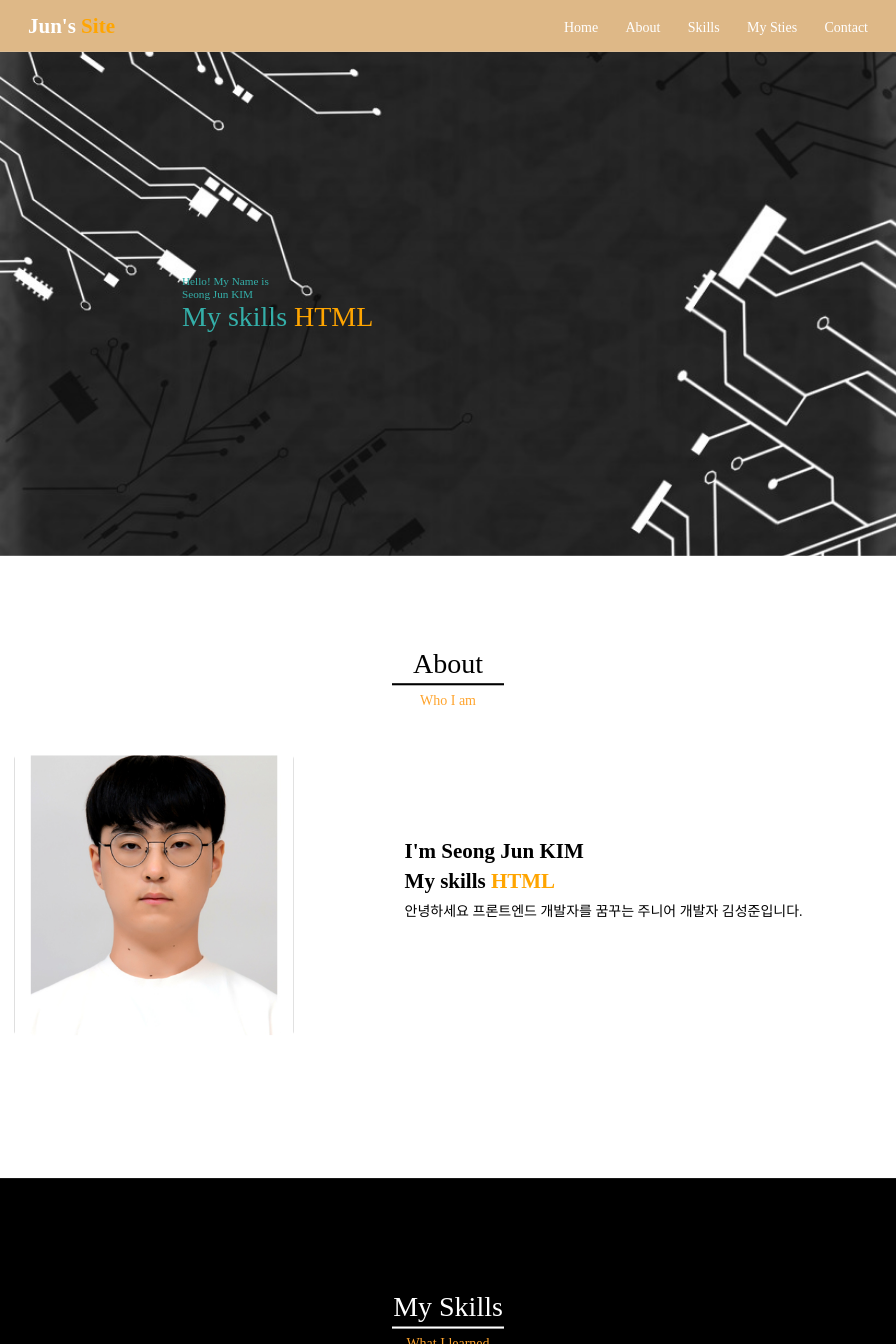
Repository: jun01270/jun
Page: index.html
These files come from the project's save history. The page is drawn as it stood at one moment and after the next save; the edit follows.
The browser window is 1280 px wide. The pictures show the part of the page from y = 0 to 1920 px (the page is 3823 px tall), at 70% of full size.
Some web libraries are served in a nearby version.

Above is the page before, as saved 2023-05-11 17:48:54.

After the next save:
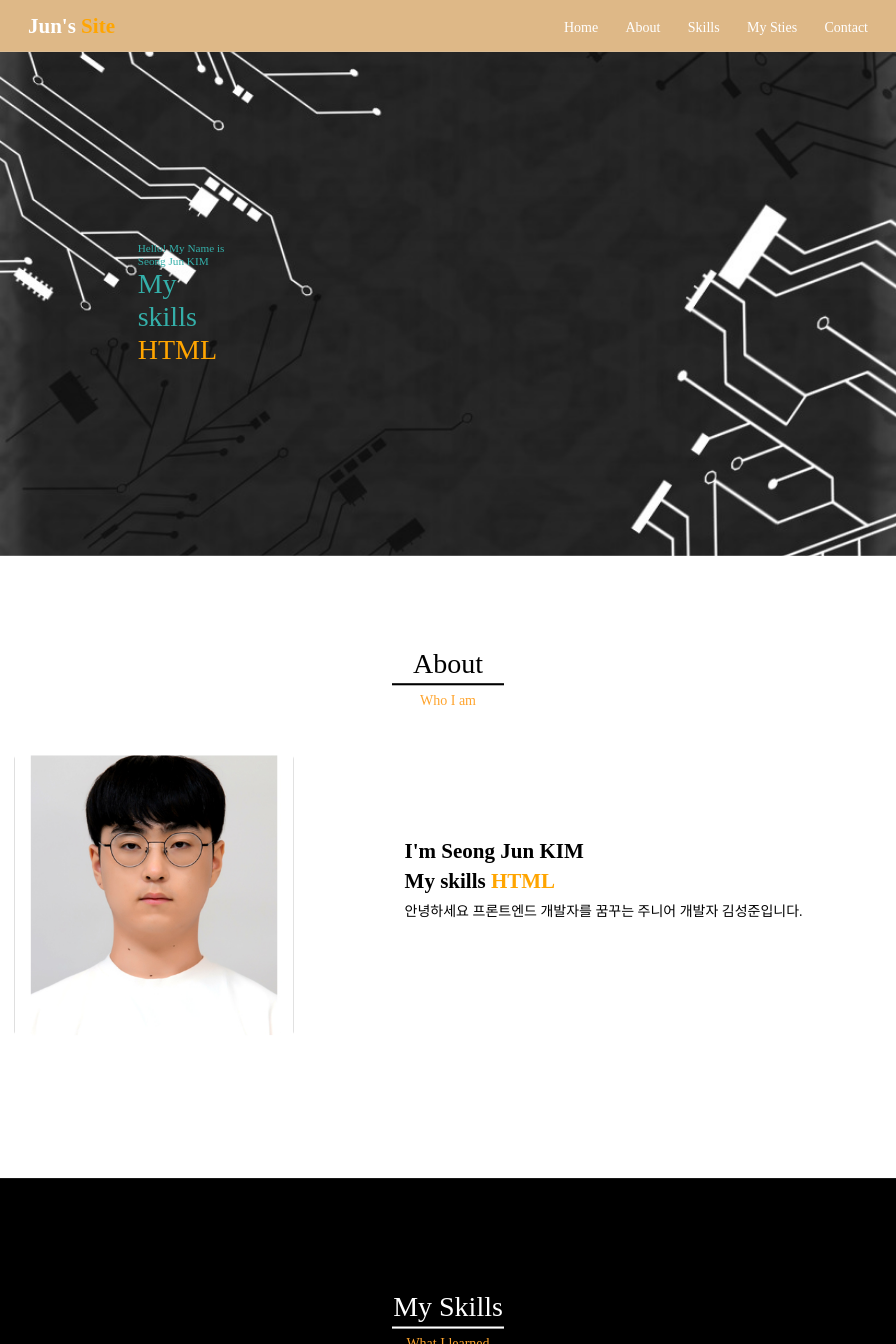
Saved 9 s later.
--- a/css/home.css
+++ b/css/home.css
@@ -12,7 +12,7 @@
 }
 
 .home .home-section {
-  margin-left: 200px;
+  margin-left: 50%;
 }
 
 .home .home-section .text1 {
